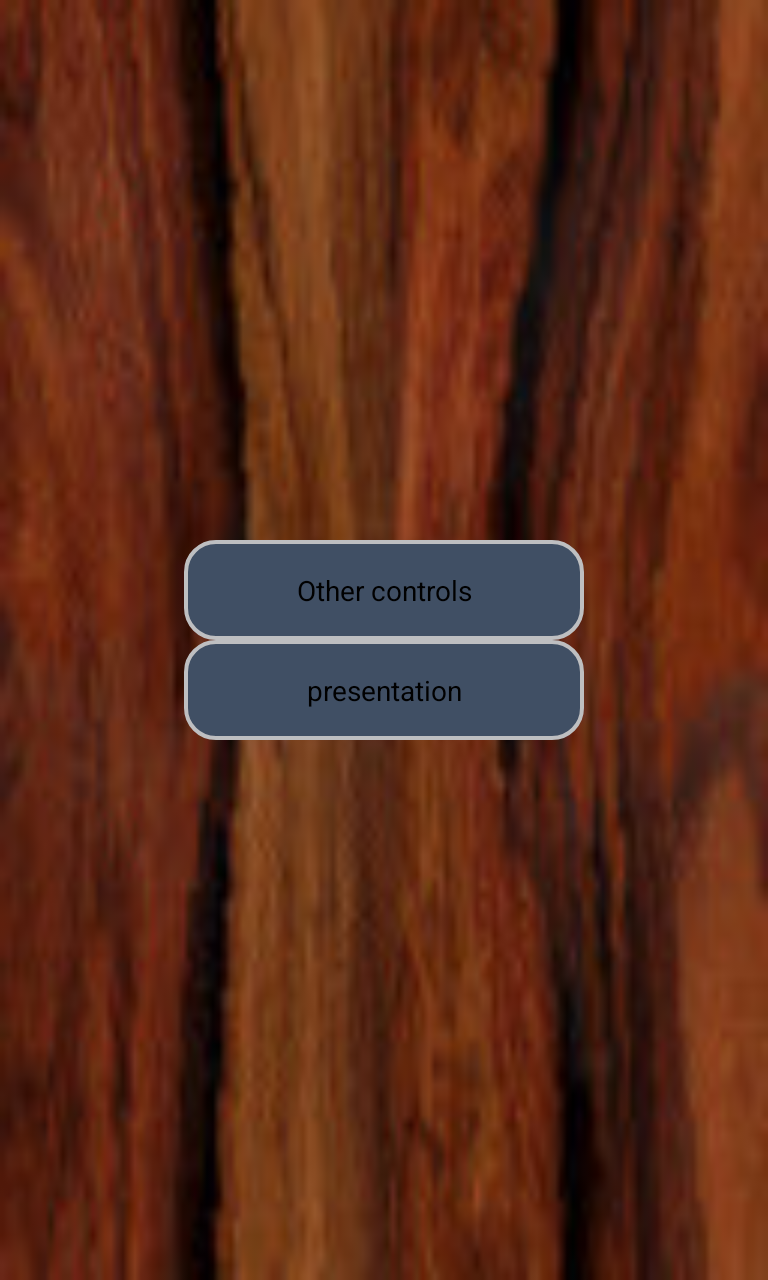
Repository: anant-agarwal/pc_remote
Layout: android_client/sample/res/layout/menu.xml
An editor plug-in stored every save of this project. The layout is shown before and after the next save, followed by the edit.
It is drawn on a 768 x 1280 px phone screen (xhdpi) without system bars, with theme android:Theme.NoTitleBar; the app's code is not run.

Above is the layout before, as saved 2012-10-25 17:15:38.

After the next save:
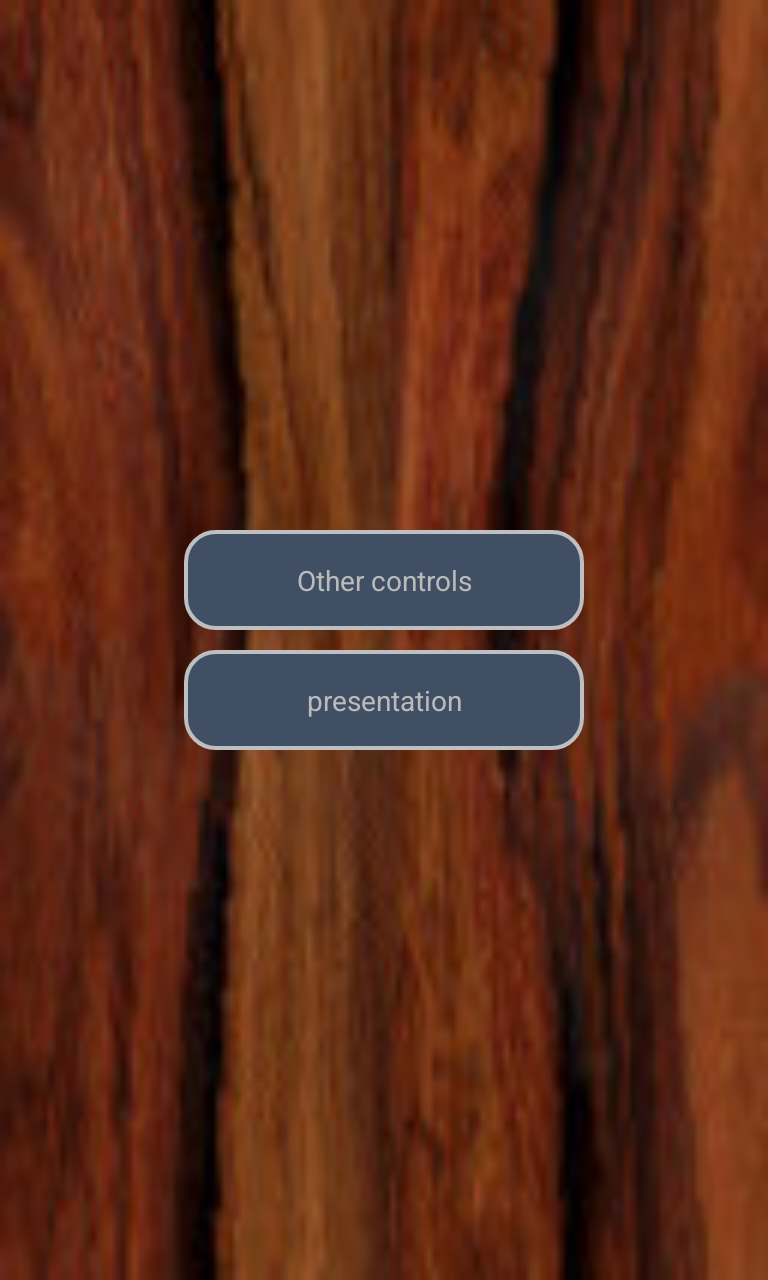
Saved 49 s later.
--- a/android_client/sample/res/layout/menu.xml
+++ b/android_client/sample/res/layout/menu.xml
@@ -6,20 +6,37 @@
     android:gravity="center"
     android:orientation="vertical" >
 
-    <Button
-        android:id="@+id/of"
-        android:layout_width="200dp"
-        android:layout_height="50dp"
-        android:background="@drawable/btnstyle1"
-        android:onClick="menubtns"
-        android:text="Other controls" />
+    <LinearLayout
+        android:layout_width="match_parent"
+        android:layout_height="wrap_content"
+        android:gravity="center"
+        android:padding="5dp" >
 
-    <Button
-        android:id="@+id/present"
-        android:layout_width="200dp"
-        android:layout_height="50dp"
-        android:background="@drawable/btnstyle1"
-        android:onClick="menubtns"
-        android:text="presentation" />
+        <Button
+            android:id="@+id/of"
+            android:layout_width="200dp"
+            android:layout_height="50dp"
+            android:background="@drawable/btnstyle1"
+            android:onClick="menubtns"
+            android:text="Other controls"
+            android:textColor="@color/white" />
+    </LinearLayout>
+
+    <LinearLayout
+        android:layout_width="match_parent"
+        android:layout_height="wrap_content"
+        android:gravity="center"
+        android:orientation="vertical"
+        android:padding="5dp" >
+
+        <Button
+            android:id="@+id/present"
+            android:layout_width="200dp"
+            android:layout_height="50dp"
+            android:background="@drawable/btnstyle1"
+            android:onClick="menubtns"
+            android:text="presentation"
+            android:textColor="@color/white" />
+    </LinearLayout>
 
 </LinearLayout>
